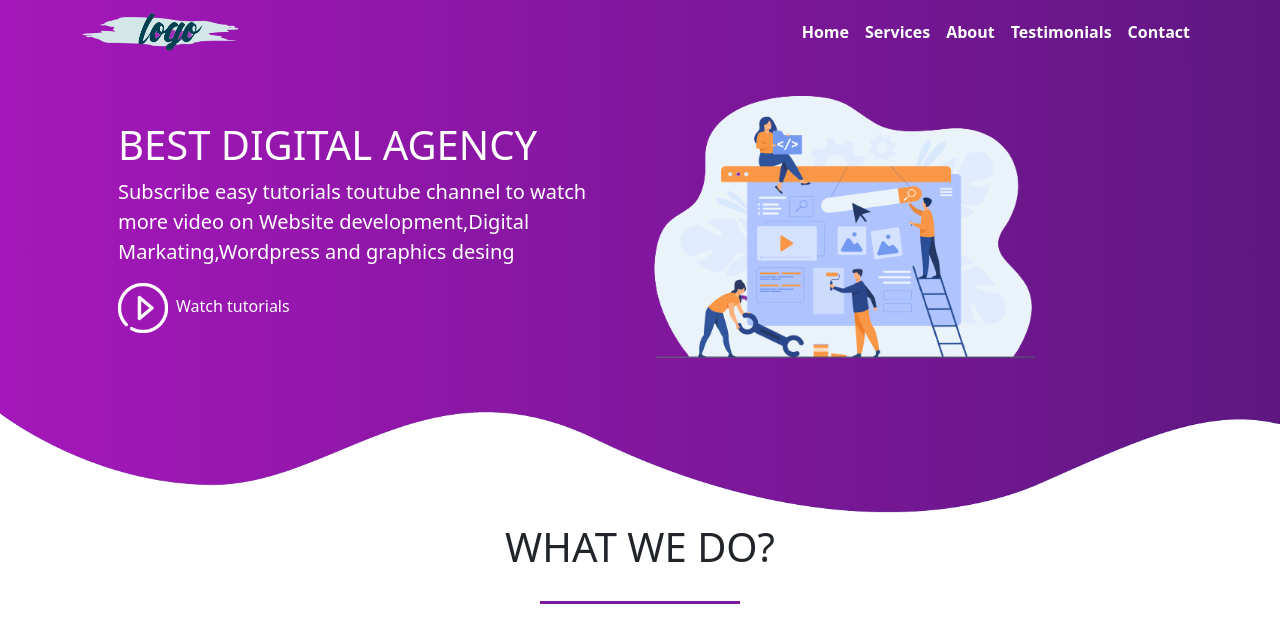
Repository: zjria/PSD-to-HTML-DIGITAL-AGENCY
Page: index.html
The author's editor kept a copy of each file at every save. The page is drawn from the files as they stood at one save, then again after the next save.
The browser window is 1280 px wide. The pictures show the whole page.
Some web libraries are served in a nearby version.

Above is the page before, as saved 2022-05-11 07:49:56.

### index.html
<!doctype html>
<html lang="en">
  <head>
    <!-- Required meta tags -->
    <meta charset="utf-8">
    <meta name="viewport" content="width=device-width, initial-scale=1">
    <title>DIGITAL AGENCY</title>
    <!-- Bootstrap CSS -->
    <link href="https://cdn.jsdelivr.net/npm/bootstrap@5.0.2/dist/css/bootstrap.min.css" rel="stylesheet">
    <!-- Font awesome link-->
    <link rel="stylesheet" href="https://cdnjs.cloudflare.com/ajax/libs/font-awesome/6.1.1/css/all.min.css">
    <!-- custom CSS  -->
    <link rel="stylesheet" href="css/style.css">
  </head>
  <body>
    <!-- Navbar Section Start -->
    <section class="header">
        <nav class="navbar navbar-expand-md fixed-top">
            <div class="container">
                <a href="#" class="navbar-brand">
                    <img src="img/h_logo.png" alt="" class="menu-icon img-fluid w-50">
                </a>
                <button class="navbar-toggler" data-bs-target="#menunavbarlink" data-bs-toggle="collapse" type="button">
                    <span class="navbar-toggler-icon"></span>
                </button>
                <div class="collapse navbar-collapse fw-bold " id="menunavbarlink">
                  <ul class="navbar-nav ms-auto ">
                    <li class="nav-item ">
                      <a href="#Home" class="nav-link text-white">Home</a>
                    </li>
                    <li class="nav-item">
                      <a href="#Services" class="nav-link text-white">Services</a>
                    </li>
                    <li class="nav-item">
                      <a href="#About" class="nav-link text-white">About</a>
                    </li>
                    <li class="nav-item">
                      <a href="#Testimonials" class="nav-link text-white" >Testimonials</a>
                    </li>
                    <li class="nav-item">
                      <a href="#Contact" class="nav-link text-white">Contact</a>
                    </li>
                  </ul>
                </div>
            </div>
        </nav>
    </section>
    <!-- Navbar Section END -->
    <!-- Navbar Section Start -->
    <section class="" id="baner" id="Home">
      <div class="container p-5 py-5">
        <div class="row align-items-center text-white mt-5">
          <div class="col-md-6">
            <h1>BEST DIGITAL AGENCY</h1>
            <p class="lead">Subscribe easy tutorials toutube channel to watch more video on Website development,Digital Markating,Wordpress and graphics desing</p>
            <a href="#"><img src="img/play.png" class="img-fluid me-2 " alt=""><span>Watch tutorials</span></a>
          </div>
          <div class="col-md-6 m-auto">
            <img src="img/heder_logo.png" class="img-fluid w-75" alt="">
          </div>
        </div>
      </div>
      <img src="img/wave1.png" alt="" class="img-wave1 img-fluid">
    </section>
    <!-- Navbar Section END -->

    <!-- Service Section Start -->
      <section class="service-section">
        <div class="container">
          <div class="row text-center">
            <h1 class="title">WHAT WE DO?</h1>
            <!-- <span></span> -->
          </div>
          <div class="row"></div>
        </div>
      </section>
    <!-- Service Section End -->




    <!-- Optional JavaScript; choose one of the two! -->
    <!-- Option 1: Bootstrap Bundle with Popper -->
    <script src="https://cdn.jsdelivr.net/npm/bootstrap@5.0.2/dist/js/bootstrap.bundle.min.js"></script>
  </body>
</html>

### css/style.css
.navbar{
    background-image: linear-gradient(to right, #a517ba,#5f1782)!important;
}
#baner{
    background-image: linear-gradient(to right, #a517ba,#5f1782)!important;
    align-items: center;
    margin: auto;
    justify-content: center;
}
#baner a img{
    width: 50px;
    align-items: center;
    margin: auto;
    justify-content: center;

}
#baner a{
    text-decoration: none;
    color: white;
}
.img-wave1{
    width: 100%;
}

/* Service Section */
.title{}
.title::after{
    content: "";
    display: block;
    background: #7B1798;
    height: 3px;
    width: 200px;
    margin: auto;
    transform: translateY(30px);
}

After the next save:
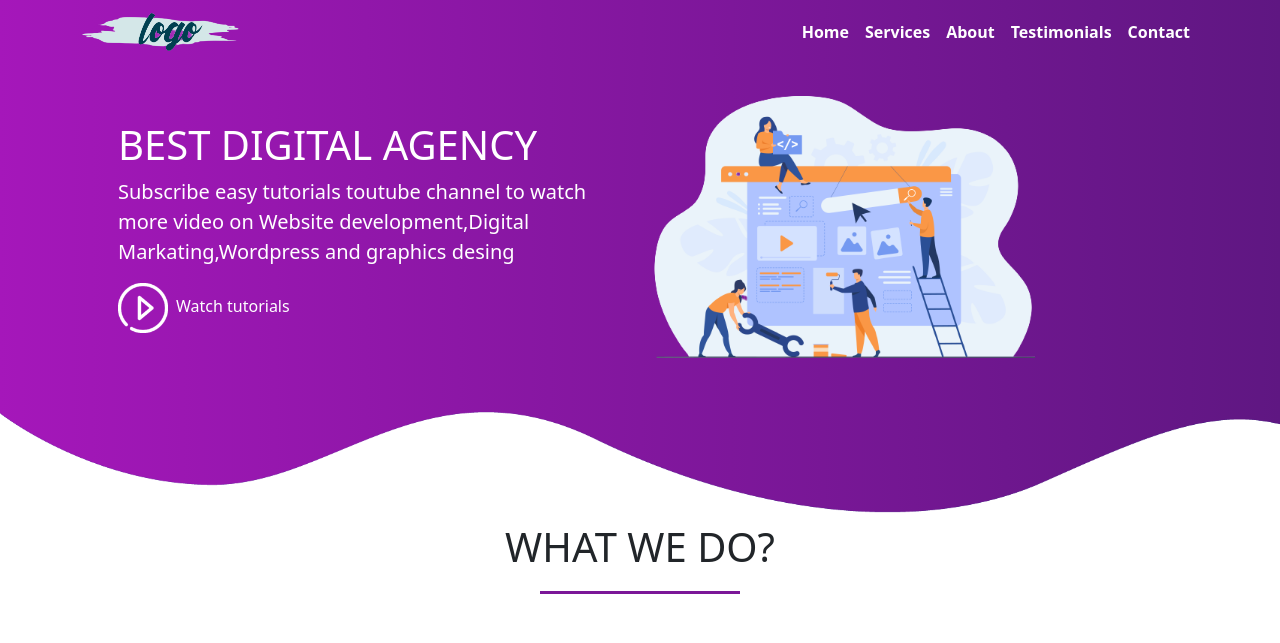
Saved 6 s later.
--- a/css/style.css
+++ b/css/style.css
@@ -31,5 +31,5 @@
     height: 3px;
     width: 200px;
     margin: auto;
-    transform: translateY(30px);
+    transform: translateY(20px);
 }
